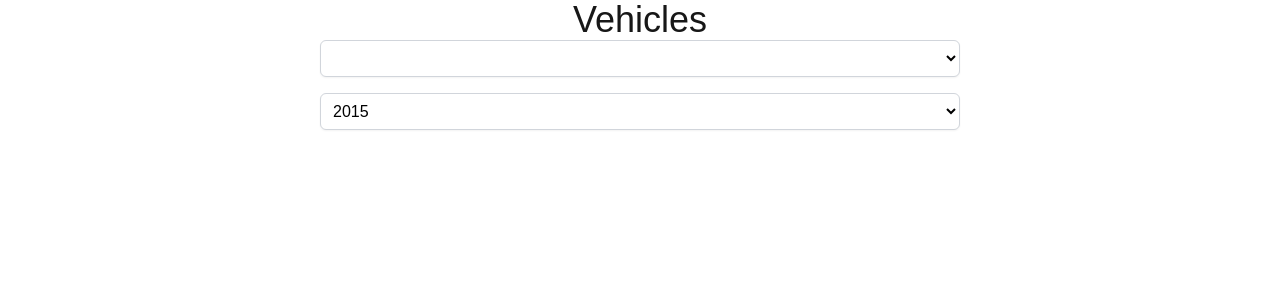
Repository: purpleFade/car-dealer-app
Page: /
The author's editor kept a copy of each file at every save. The page is drawn from the files as they stood at one save, then again after the next save.
The browser window is 1280 px wide. The pictures show the whole page.
The page's requests for data from a server got no answer. The project was rebuilt for these pictures with package versions that can differ from the ones it lists, and the page was loaded fresh each time. The framework's server and built-in components were replaced by stand-ins that run in the browser. No one was signed in, and anything a server would have sent is missing. Also part of the build but not shown: next.config.ts.

Above is the page before, as saved 2024-12-21 10:45:36.

### src/app/page.tsx
'use client';

import { Vehicle } from '@/types/vehicle';
import { useEffect, useState } from 'react';

const years = Array.from({ length: 2024 - 2015 + 1 }, (_, i) => 2015 + i);

const fetchVehicles = async (): Promise<Vehicle[]> => {
  const response = await fetch(
    'https://vpic.nhtsa.dot.gov/api/vehicles/GetMakesForVehicleType/car?format=json',
  );
  const data = await response.json();

  return data.Results;
};

export default function Home() {
  const [vehicles, setVehicles] = useState<Vehicle[]>([]);

  useEffect(() => {
    fetchVehicles().then((vehicles) => setVehicles(vehicles));
  });

  return (
    <div className='flex flex-col items-center justify-center'>
      <h1 className='text-4xl'>Vehicles</h1>
      <select className="block text-black w-1/2 p-2 mb-4 bg-white border border-gray-300 rounded-md shadow-sm focus:outline-none focus:ring focus:ring-purple-500 focus:border-purple-500">
        {vehicles.map((vehicle) => (
          <option key={vehicle.MakeId} value={vehicle.MakeId} className="text-purple-800">
            {vehicle.MakeName}
          </option>
        ))}
      </select>

      <select className="block text-black w-1/2 p-2 mb-4 bg-white border border-gray-300 rounded-md shadow-sm focus:outline-none focus:ring focus:ring-purple-500 focus:border-purple-500">
        {years.map((year) => (
          <option key={year} value={year} className="text-purple-800">
            {year}
          </option>
        ))}
      </select>
    </div>
  );
}

Loaded but not shown: src/app/layout.tsx (common file); src/app/globals.css (common file); tailwind.config.ts (common file)

After the next save:
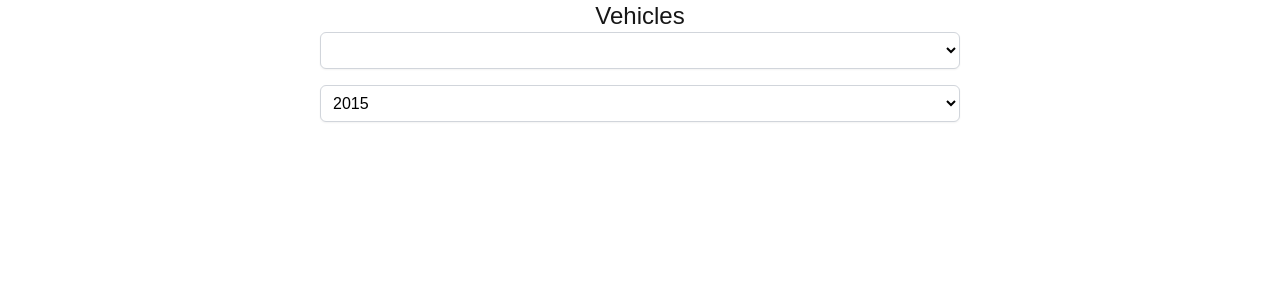
Saved 4 s later.
--- a/src/app/page.tsx
+++ b/src/app/page.tsx
@@ -23,7 +23,7 @@ export default function Home() {
 
   return (
     <div className='flex flex-col items-center justify-center'>
-      <h1 className='text-4xl'>Vehicles</h1>
+      <h1 className='text-2xl'>Vehicles</h1>
       <select className="block text-black w-1/2 p-2 mb-4 bg-white border border-gray-300 rounded-md shadow-sm focus:outline-none focus:ring focus:ring-purple-500 focus:border-purple-500">
         {vehicles.map((vehicle) => (
           <option key={vehicle.MakeId} value={vehicle.MakeId} className="text-purple-800">
